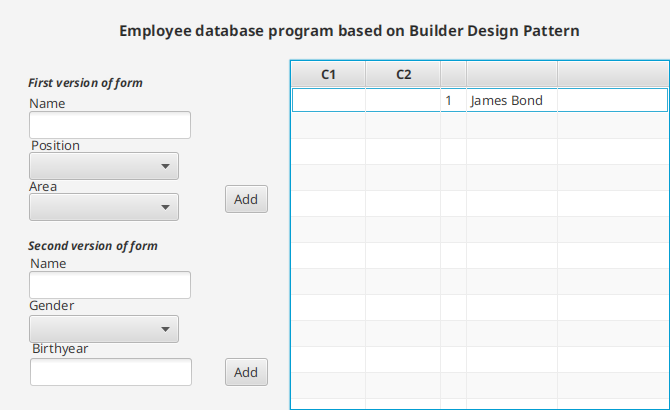
Repository: DanielCsonka987/JavaPrograms_programPatterns
Program's window: java OOP_ProgPat_Builder/src/application/Main.java
These files come from the project's save history. The program's window is drawn as it stood at one moment and after the next save; the edit follows.
It runs on Java 21 on a 1366 x 768 screen with JavaFX 11; the title bar is not drawn.

Above is the program's window before, as saved 2019-10-21 12:06:37.

After the next save:
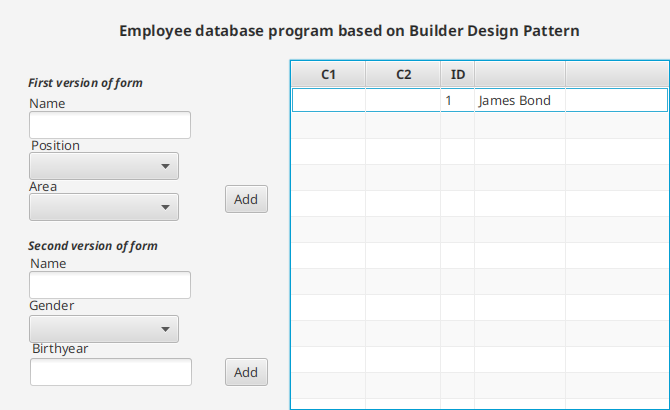
Saved 21 s later.
--- a/OOP_ProgPat_Builder/src/application/MainWindowController.java
+++ b/OOP_ProgPat_Builder/src/application/MainWindowController.java
@@ -68,7 +68,7 @@
 
 	private void adjustAndLoadInTableView() {
 
-		ids = new TableColumn<Employee, Number>();
+		ids = new TableColumn<Employee, Number>("ID");
 		ids.setCellValueFactory(c -> c.getValue().getIdProp());
 		names = new TableColumn<Employee, String>();
 		names.setCellValueFactory(c -> c.getValue().getNameProp());
